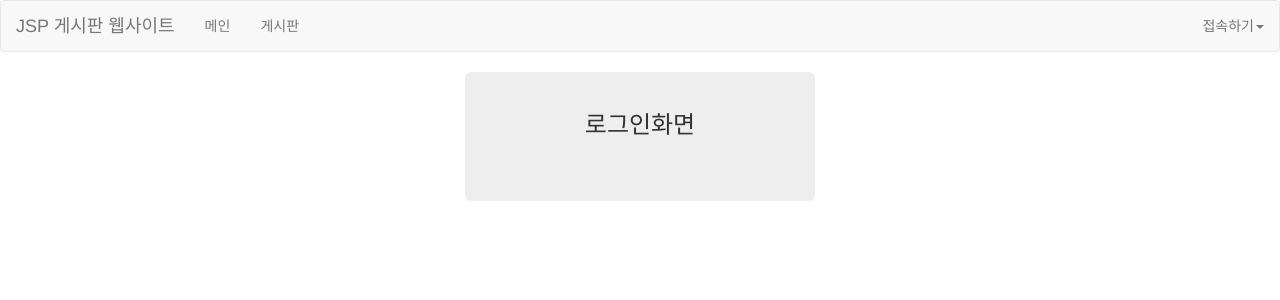
Repository: dofd6220/JSP-
Page: http://localhost/BBS/login.jsp
An editor plug-in stored every save of this project. The page is shown before and after the next save, followed by the edit.
The browser window is 1280 px wide. The pictures show the whole page.
Some web libraries are served in a nearby version. The page is served by Tomcat 9.

Above is the page before, as saved 2023-11-18 12:01:54.

After the next save:
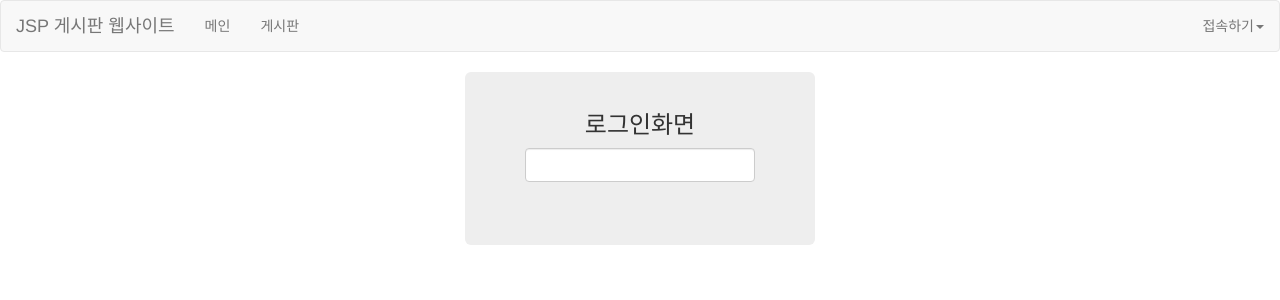
Saved 19 s later.
--- a/BBS/src/main/webapp/login.jsp
+++ b/BBS/src/main/webapp/login.jsp
@@ -46,7 +46,9 @@
 			<div class="jumbotron" style="padding-top: 20px;">
 				<form method="post" action="LoginAction.jsp">
 					<h3 style="text-align: center;">로그인화면</h3>
-						<div class="form-group"></div>
+						<div class="form-group">
+							<input type="text" class="form-control"
+						</div>
 				</form>
 			</div>
 		</div>
